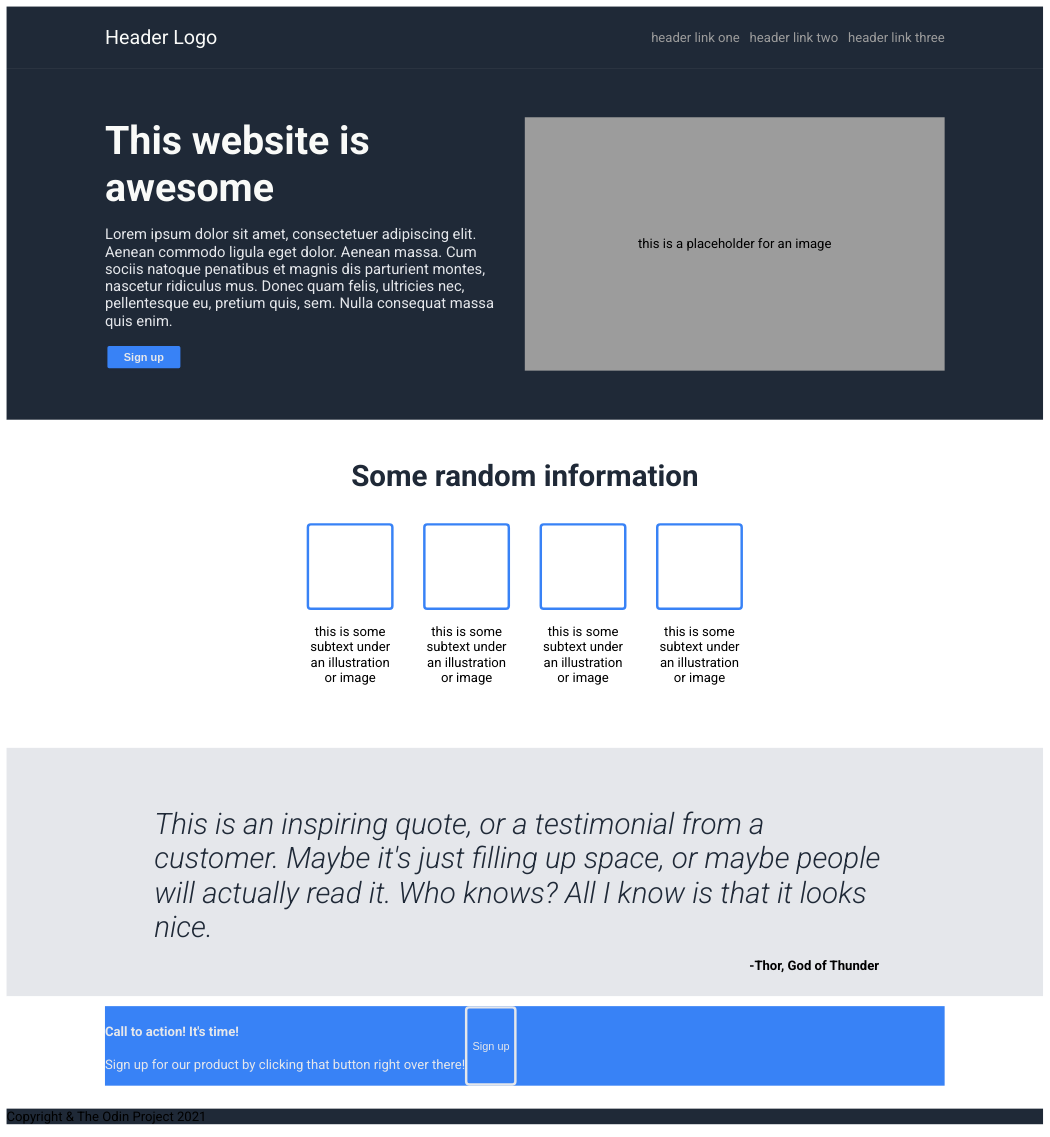
Repository: evemcd/odin_project
Page: odin-project2-landing-page/index.html
These files come from the project's save history. The page is drawn as it stood at one moment and after the next save; the edit follows.
The browser window is 1280 px wide. The pictures show the whole page, at 82% of full size.

Above is the page before, as saved 2022-02-08 11:40:15.

After the next save:
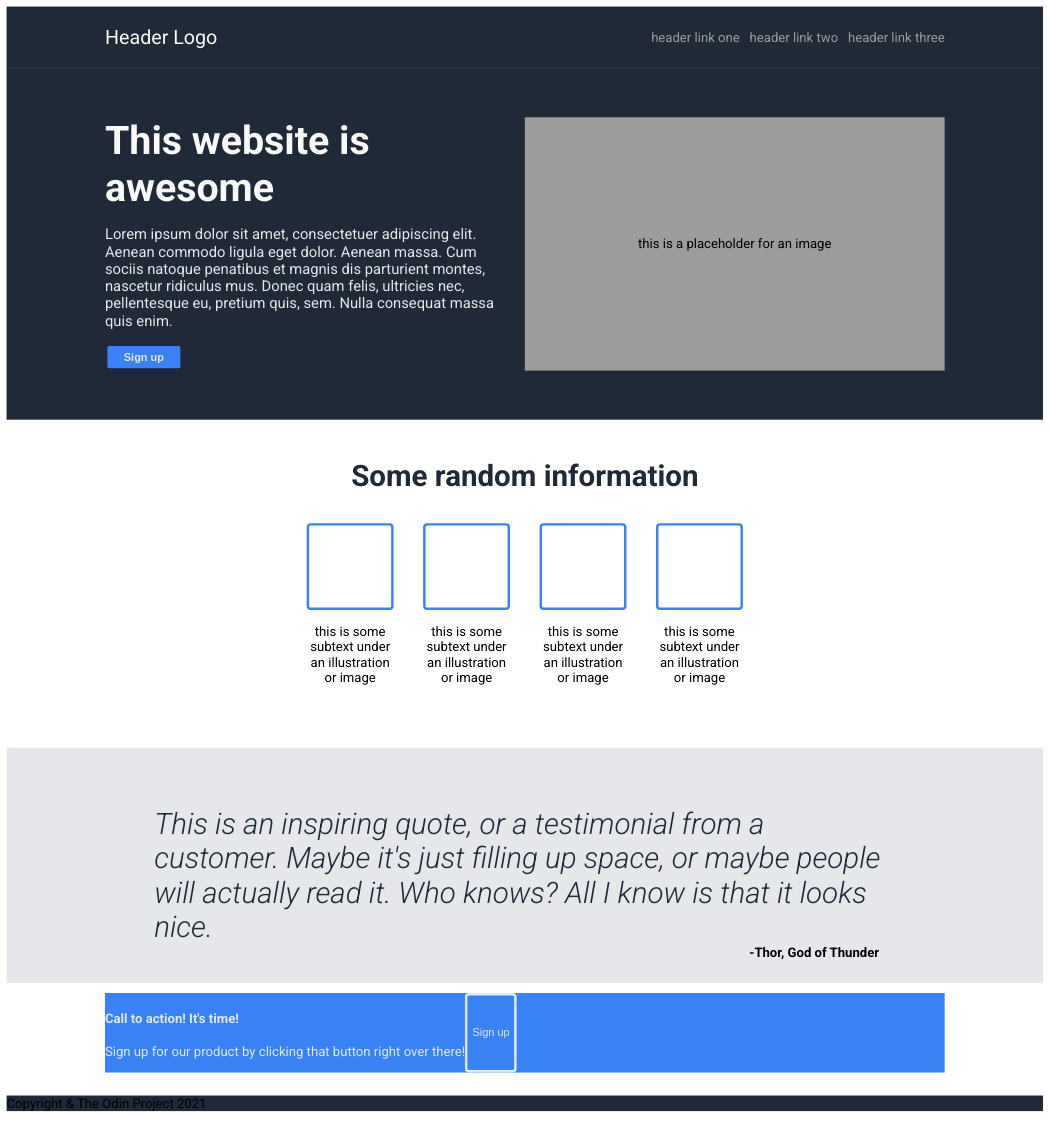
Saved 32 s later.
--- a/odin-project2-landing-page/style.css
+++ b/odin-project2-landing-page/style.css
@@ -125,8 +125,8 @@ blockquote {
 .container3 p {
     text-align: right;
     font-weight: bold;
+    margin-top: 0;
     padding-right: 80px;
-    padding-top: 0;
 }
 
 .blueBox {
